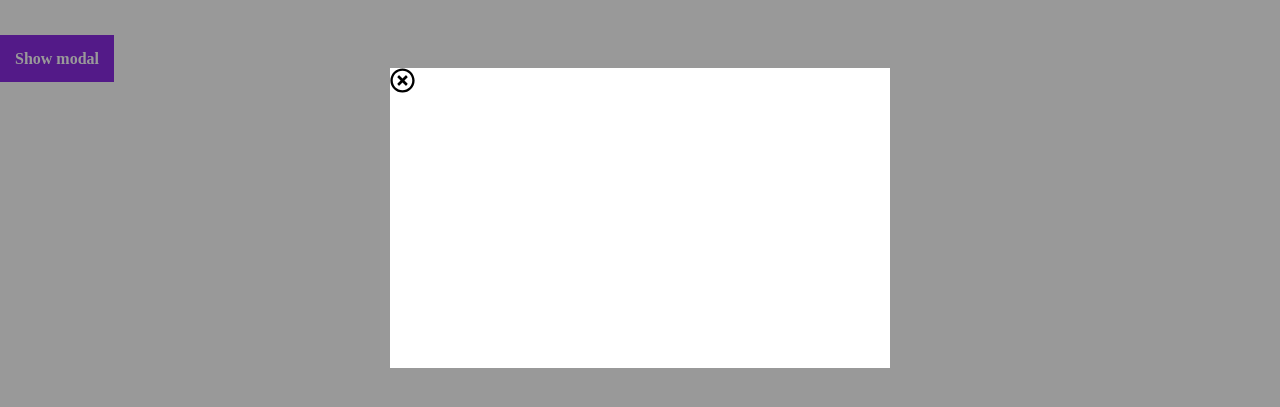
Repository: AnhTuan191298/sent-file-hoang
Page: js_modal/index.html
An editor plug-in stored every save of this project. The page is shown before and after the next save, followed by the edit.
The browser window is 1280 px wide. The pictures show the whole page.

Above is the page before, as saved 2021-02-01 13:58:07.

After the next save:
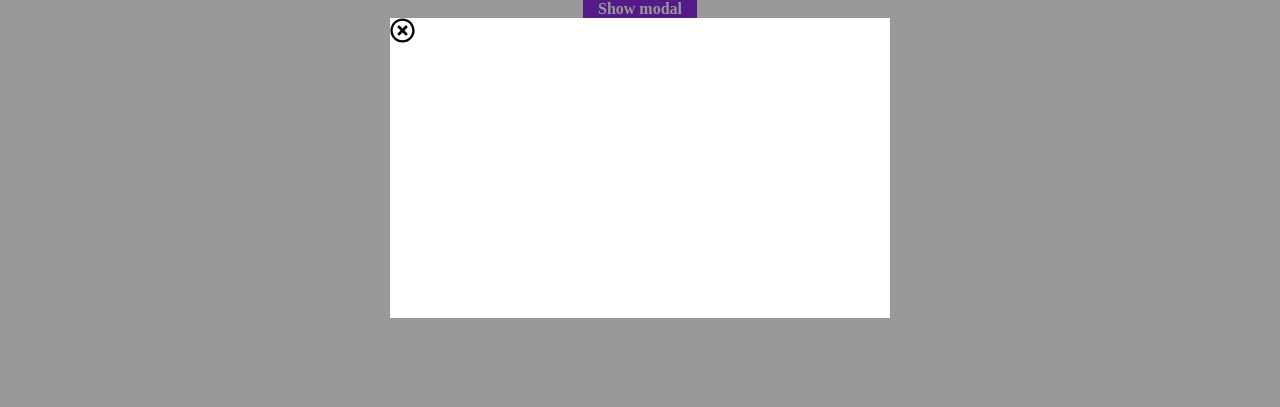
Saved 27 s later.
--- a/js_modal/index.html
+++ b/js_modal/index.html
@@ -10,7 +10,9 @@
             padding: 0;
         }
         .modal {
-            margin-top: 50px;
+            display: flex;
+            justify-content: center;
+            align-items: center;
         }
         .modal__action {
             text-decoration: none;
